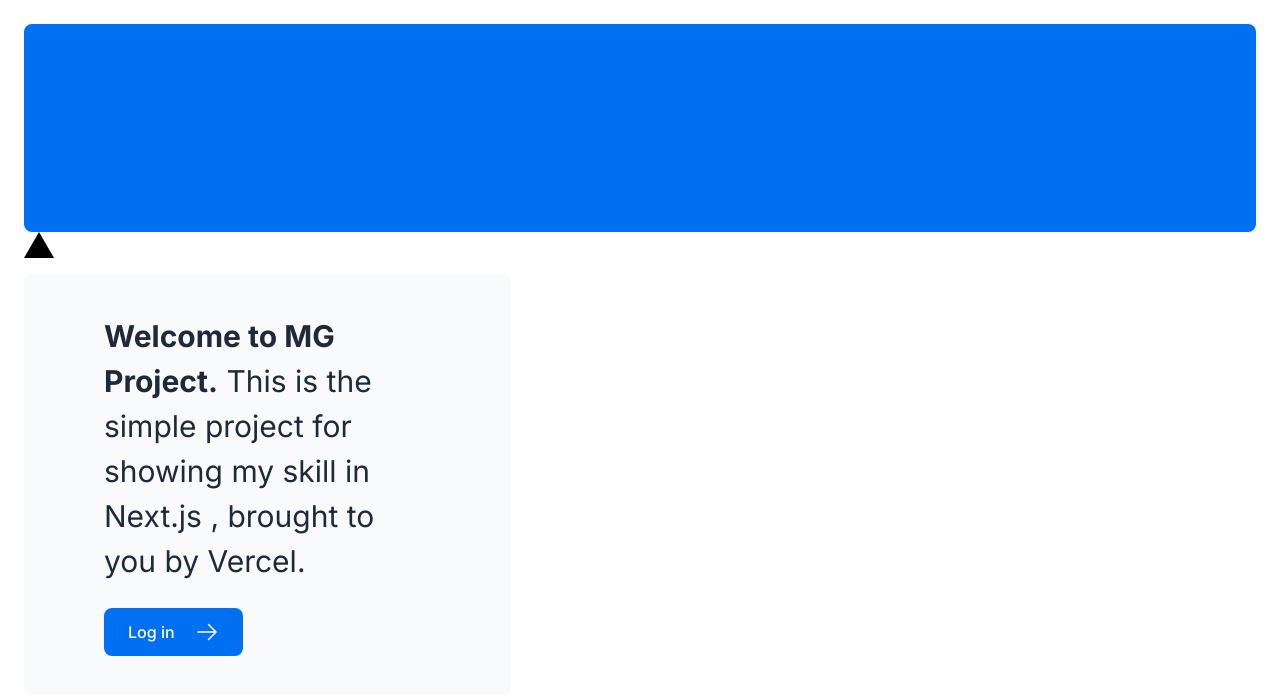
Repository: MikayelGubryan/Financial-dashboard
Page: /
An editor plug-in stored every save of this project. The page is shown before and after the next save, followed by the edit.
The browser window is 1280 px wide. The pictures show the whole page.
Some web fonts or font styles are not loaded; a fallback is used. The project was rebuilt for these pictures with package versions that can differ from the ones it lists, and the page was loaded fresh each time. The framework's server and built-in components were replaced by stand-ins that run in the browser. Also part of the build but not shown: next.config.mjs.

Above is the page before, as saved 2024-07-08 22:40:43.

### app/page.tsx
import AcmeLogo from '@/app/ui/acme-logo';
import { ArrowRightIcon } from '@heroicons/react/24/outline';
import Link from 'next/link';
import { lusitana } from './ui/fonts';

export default function Page() {
  return (
    <main className="flex min-h-screen flex-col p-6">
      <div className="flex h-20 shrink-0 items-end rounded-lg bg-blue-500 p-4 md:h-52">
        {/* <AcmeLogo /> */}
      </div>
      <div
  className="relative w-0 h-0 border-l-[15px] border-r-[15px] border-b-[26px] border-l-transparent border-r-transparent border-b-black"
/>
      <div className="mt-4 flex grow flex-col gap-4 md:flex-row">
        <div className="flex flex-col justify-center gap-6 rounded-lg bg-gray-50 px-6 py-10 md:w-2/5 md:px-20">
          <p className={`text-xl text-gray-800 md:text-3xl md:leading-normal`}>
            <strong>Welcome to MG Project.</strong> This is the simple project for showing my skill in Next.js
            , brought to you by Vercel.
          </p>
          <Link
            href="/login"
            className="flex items-center gap-5 self-start rounded-lg bg-blue-500 px-6 py-3 text-sm font-medium text-white transition-colors hover:bg-blue-400 md:text-base"
          >
            <span>Log in</span> <ArrowRightIcon className="w-5 md:w-6" />
          </Link>
        </div>
        <div className="flex items-center justify-center p-6 md:w-3/5 md:px-28 md:py-12">
          {/* Add Hero Images Here */}
        </div>
      </div>
    </main>
  );
}

### app/ui/fonts.ts
import { Inter } from 'next/font/google';
import { Lusitana } from 'next/font/google';

export const inter = Inter({subsets: ['latin']});
export const lusitana = Lusitana({subsets: ['latin'], weight: '700'})

Loaded but not shown: app/layout.tsx (common file); app/ui/global.css (common file); tailwind.config.ts (common file)

After the next save:
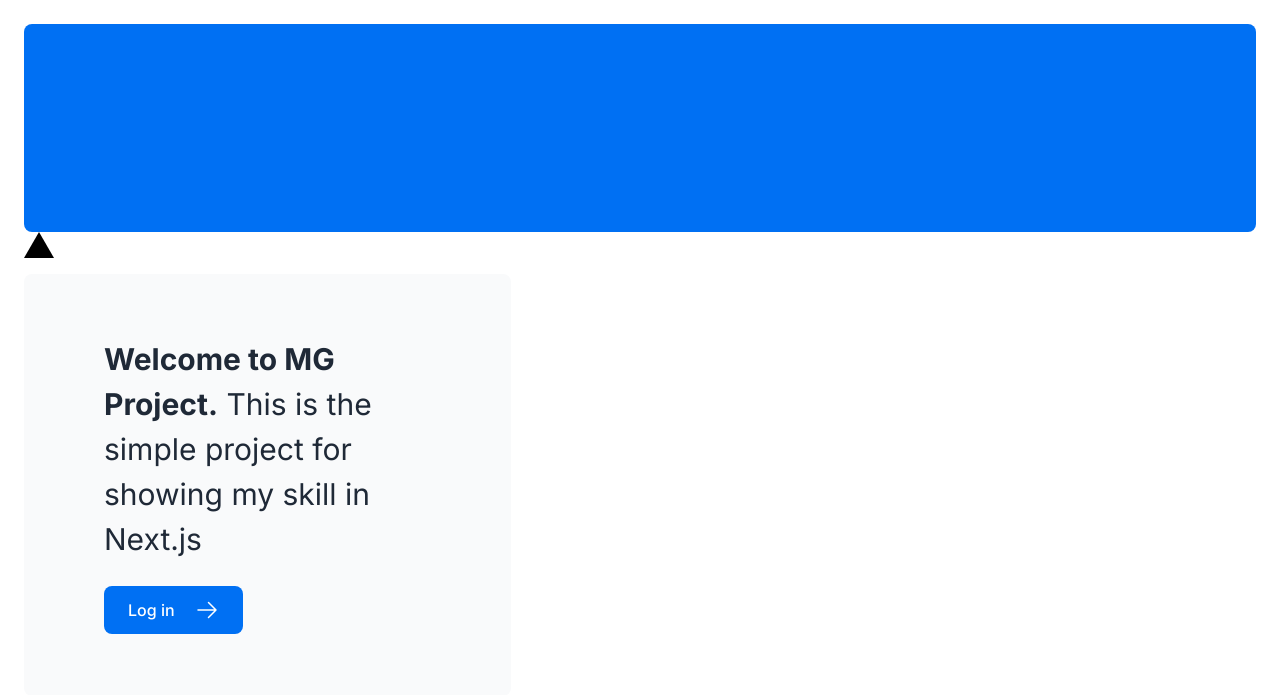
Saved 1 s later.
--- a/app/page.tsx
+++ b/app/page.tsx
@@ -16,7 +16,6 @@
         <div className="flex flex-col justify-center gap-6 rounded-lg bg-gray-50 px-6 py-10 md:w-2/5 md:px-20">
           <p className={`text-xl text-gray-800 md:text-3xl md:leading-normal`}>
             <strong>Welcome to MG Project.</strong> This is the simple project for showing my skill in Next.js
-            , brought to you by Vercel.
           </p>
           <Link
             href="/login"
